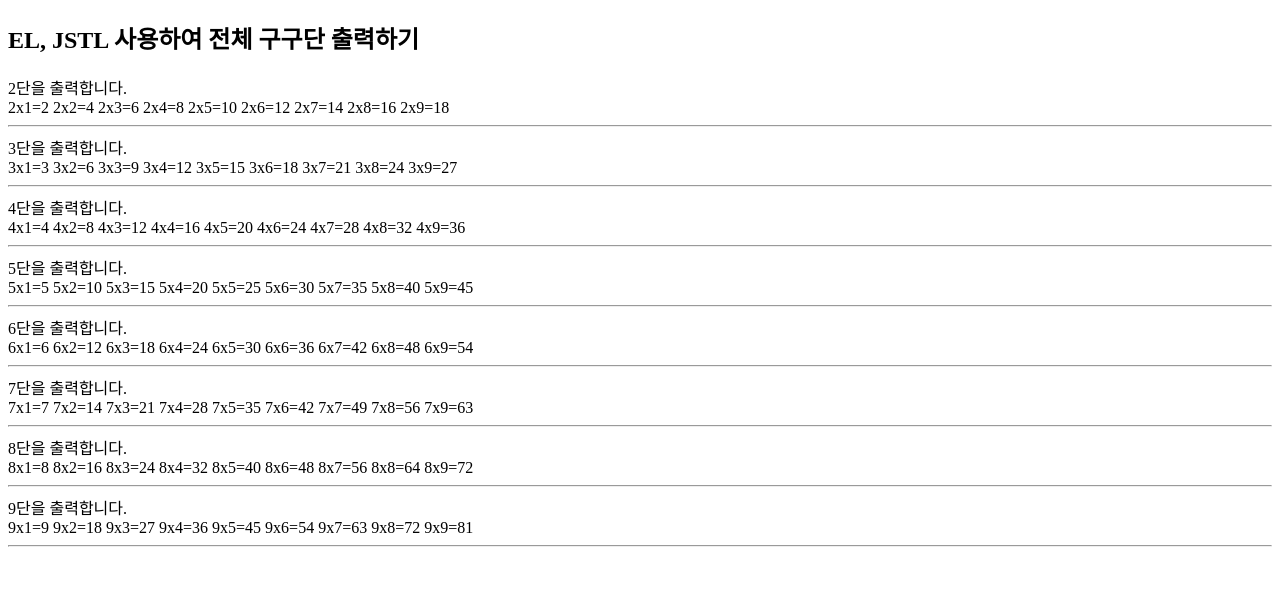
Repository: nobley3/EclipseIDE
Page: http://localhost/ELprj0908실습/quiz7
The author's editor kept a copy of each file at every save. The page is drawn from the files as they stood at one save, then again after the next save.
The browser window is 1280 px wide. The pictures show the whole page.
The page is served by Tomcat 9.

Above is the page before, as saved 2023-09-08 06:36:08.

After the next save:
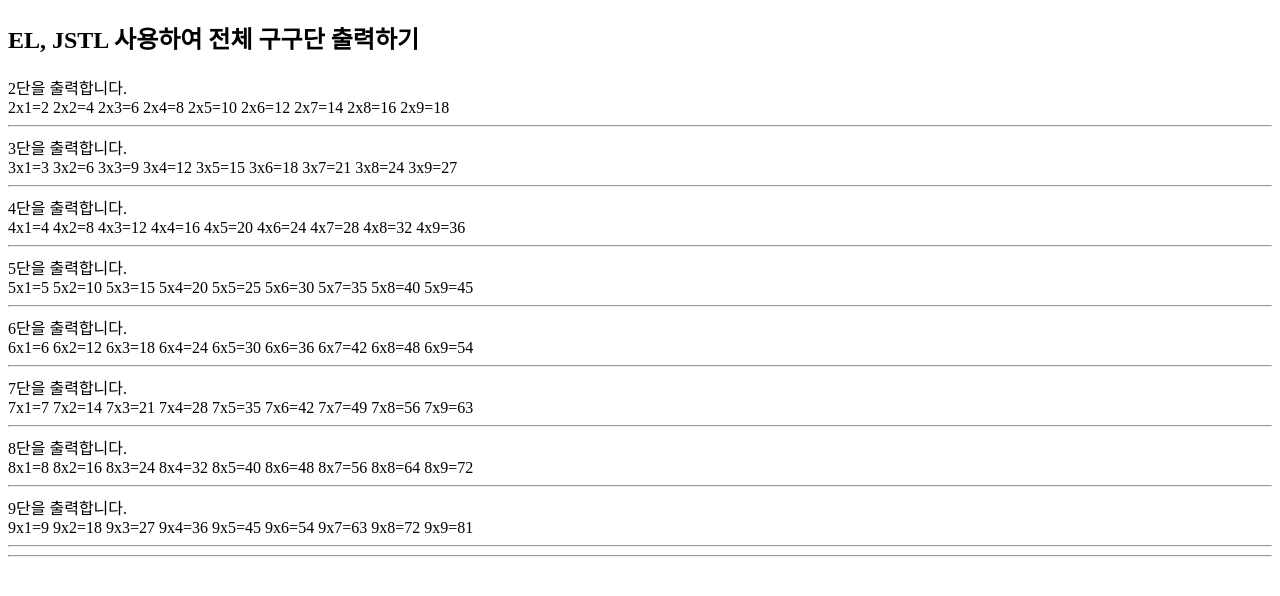
Saved 10 s later.
--- a/ELprj0908실습/src/main/webapp/WEB-INF/views/quiz7.jsp
+++ b/ELprj0908실습/src/main/webapp/WEB-INF/views/quiz7.jsp
@@ -18,7 +18,6 @@
 </c:forEach>
 <hr/>
 </c:forEach>
-
-
+<hr/>
 </body>
 </html>

After the save that followed:
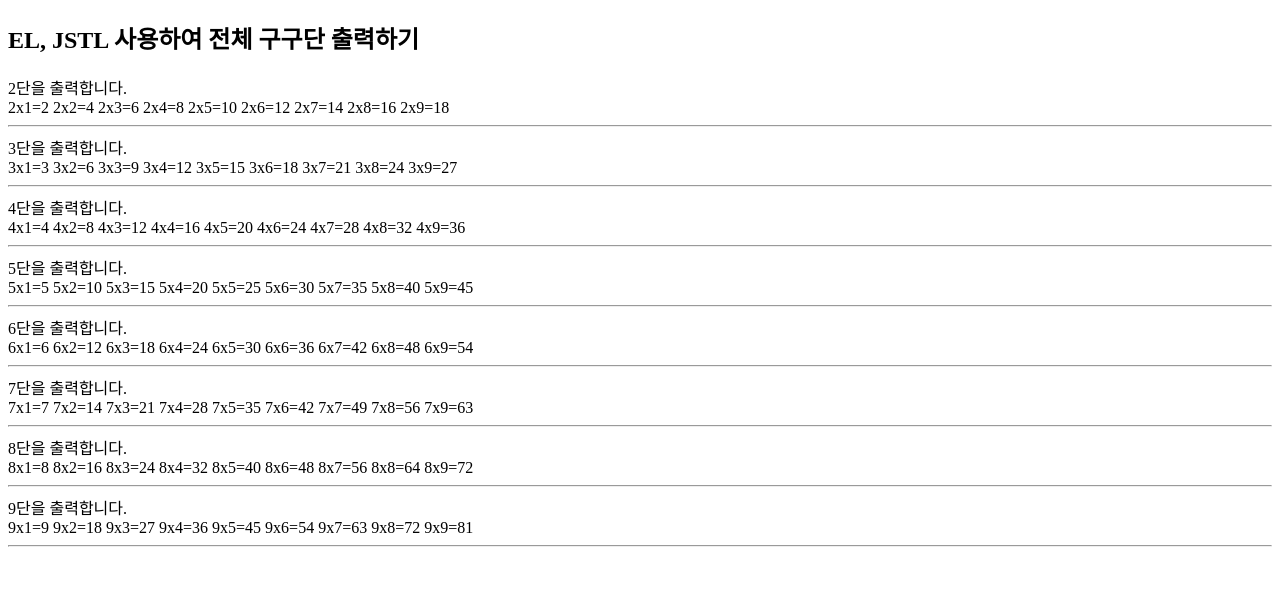
Saved 29 s later.
--- a/ELprj0908실습/src/main/webapp/WEB-INF/views/quiz7.jsp
+++ b/ELprj0908실습/src/main/webapp/WEB-INF/views/quiz7.jsp
@@ -18,6 +18,6 @@
 </c:forEach>
 <hr/>
 </c:forEach>
-<hr/>
+
 </body>
 </html>
